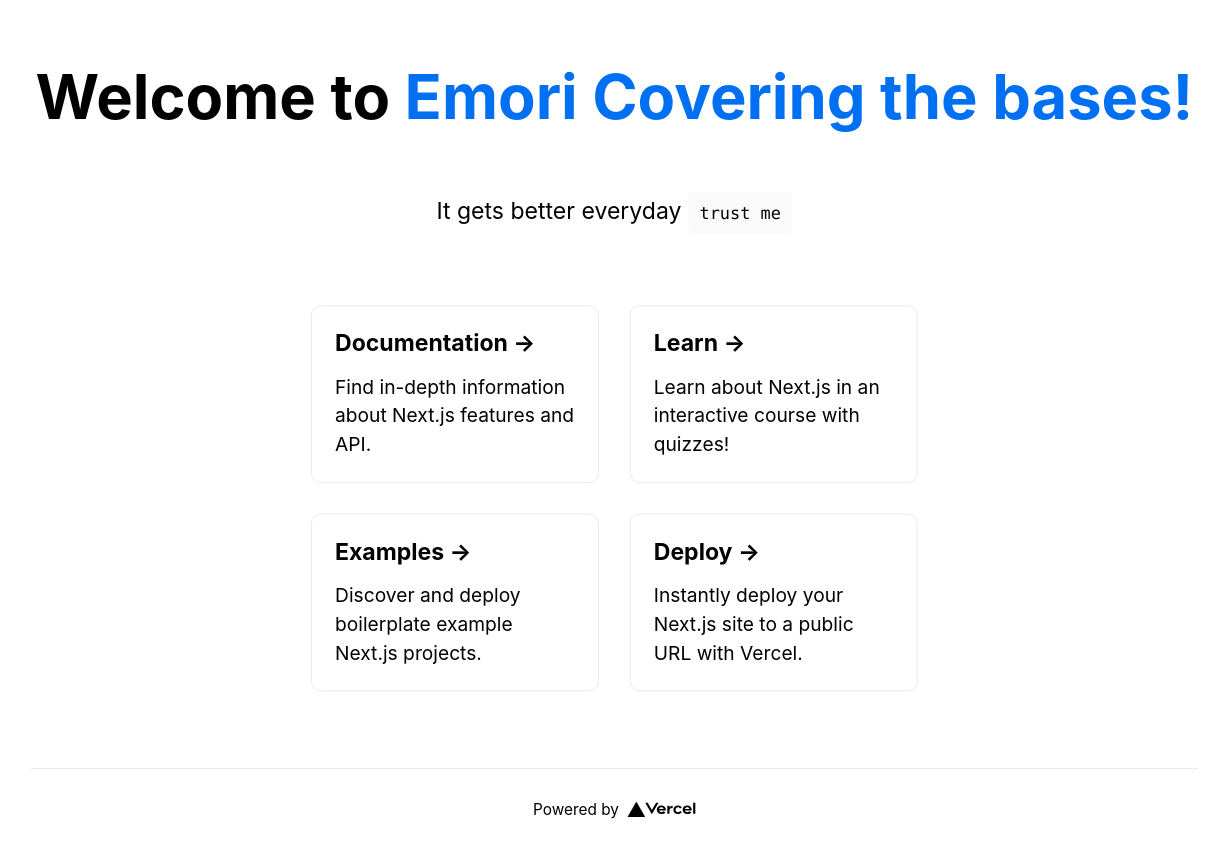
Repository: emorilebo/next-linkedin-training
Page: /
The author's editor kept a copy of each file at every save. The page is drawn from the files as they stood at one save, then again after a run of saves.
The browser window is 1280 px wide. The pictures show the whole page, at 96% of full size.
The project was rebuilt for these pictures with package versions that can differ from the ones it lists, and the page was loaded fresh each time. The framework's server and built-in components were replaced by stand-ins that run in the browser. Also part of the build but not shown: next.config.js.

Above is the page before, as saved 2022-12-25 17:50:53.

### pages/index.js
import Head from 'next/head'
import Image from 'next/image'
import Link from 'next/link'
import styles from '../styles/Home.module.css'

export default function Home() {
  return (
    <div className={styles.container}>
      <Head>
        <title>Emori Learning Next From LinkedIn</title>
        <meta name="description" content="I know I know, but we need to cover the bases as much as possible. #emoricoin" />
        <link rel="icon" href="/favicon.ico" />
      </Head>

      <main className={styles.main}>
        <h1 className={styles.title}>
          Welcome to <a href="https://nextjs.org">Emori Covering the bases!</a>
        </h1>

        <p className={styles.description}>
          It gets better everyday{' '}
          <code className={styles.code}>trust me</code>
        </p>


        <div className={styles.grid}>
        <Link>

</Link>
          <a href="https://nextjs.org/docs" className={styles.card}>
            <h2>Documentation &rarr;</h2>
            <p>Find in-depth information about Next.js features and API.</p>
          </a>

          <a href="https://nextjs.org/learn" className={styles.card}>
            <h2>Learn &rarr;</h2>
            <p>Learn about Next.js in an interactive course with quizzes!</p>
          </a>

          <a
            href="https://github.com/vercel/next.js/tree/canary/examples"
            className={styles.card}
          >
            <h2>Examples &rarr;</h2>
            <p>Discover and deploy boilerplate example Next.js projects.</p>
          </a>

          <a
            href="https://vercel.com/new?utm_source=create-next-app&utm_medium=default-template&utm_campaign=create-next-app"
            className={styles.card}
          >
            <h2>Deploy &rarr;</h2>
            <p>
              Instantly deploy your Next.js site to a public URL with Vercel.
            </p>
          </a>
        </div>
      </main>

      <footer className={styles.footer}>
        <a
          href="https://vercel.com?utm_source=create-next-app&utm_medium=default-template&utm_campaign=create-next-app"
          target="_blank"
          rel="noopener noreferrer"
        >
          Powered by{' '}
          <span className={styles.logo}>
            <Image src="/vercel.svg" alt="Vercel Logo" width={72} height={16} />
          </span>
        </a>
      </footer>
    </div>
  )
}

Loaded but not shown: pages/_app.js (common file); styles/globals.css (common file); styles/Home.module.css (common file)

After the next 3 saves:
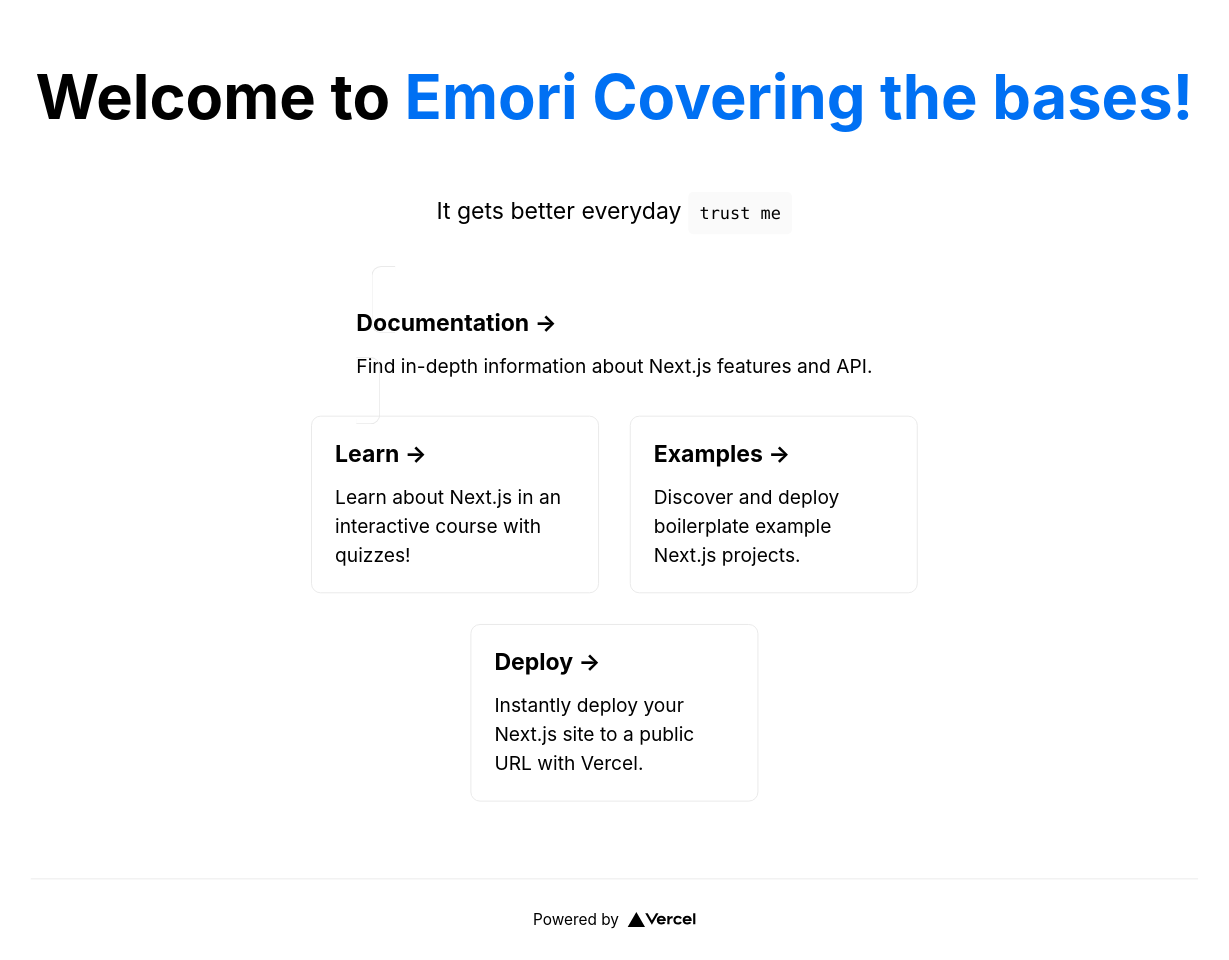
The 3 saves are shown as one change because they came seconds apart.
The last was saved 9 s later.
--- a/pages/index.js
+++ b/pages/index.js
@@ -1,14 +1,17 @@
-import Head from 'next/head'
-import Image from 'next/image'
-import Link from 'next/link'
-import styles from '../styles/Home.module.css'
+import Head from "next/head";
+import Image from "next/image";
+import Link from "next/link";
+import styles from "../styles/Home.module.css";
 
 export default function Home() {
   return (
     <div className={styles.container}>
       <Head>
         <title>Emori Learning Next From LinkedIn</title>
-        <meta name="description" content="I know I know, but we need to cover the bases as much as possible. #emoricoin" />
+        <meta
+          name="description"
+          content="I know I know, but we need to cover the bases as much as possible. #emoricoin"
+        />
         <link rel="icon" href="/favicon.ico" />
       </Head>
 
@@ -18,19 +21,16 @@
         </h1>
 
         <p className={styles.description}>
-          It gets better everyday{' '}
-          <code className={styles.code}>trust me</code>
+          It gets better everyday <code className={styles.code}>trust me</code>
         </p>
 
-
         <div className={styles.grid}>
-        <Link>
-
-</Link>
-          <a href="https://nextjs.org/docs" className={styles.card}>
-            <h2>Documentation &rarr;</h2>
-            <p>Find in-depth information about Next.js features and API.</p>
-          </a>
+          <Link>
+            <a href="https://nextjs.org/docs" className={styles.card}>
+              <h2>Documentation &rarr;</h2>
+              <p>Find in-depth information about Next.js features and API.</p>
+            </a>
+          </Link>
 
           <a href="https://nextjs.org/learn" className={styles.card}>
             <h2>Learn &rarr;</h2>
@@ -63,12 +63,12 @@
           target="_blank"
           rel="noopener noreferrer"
         >
-          Powered by{' '}
+          Powered by{" "}
           <span className={styles.logo}>
             <Image src="/vercel.svg" alt="Vercel Logo" width={72} height={16} />
           </span>
         </a>
       </footer>
     </div>
-  )
+  );
 }
